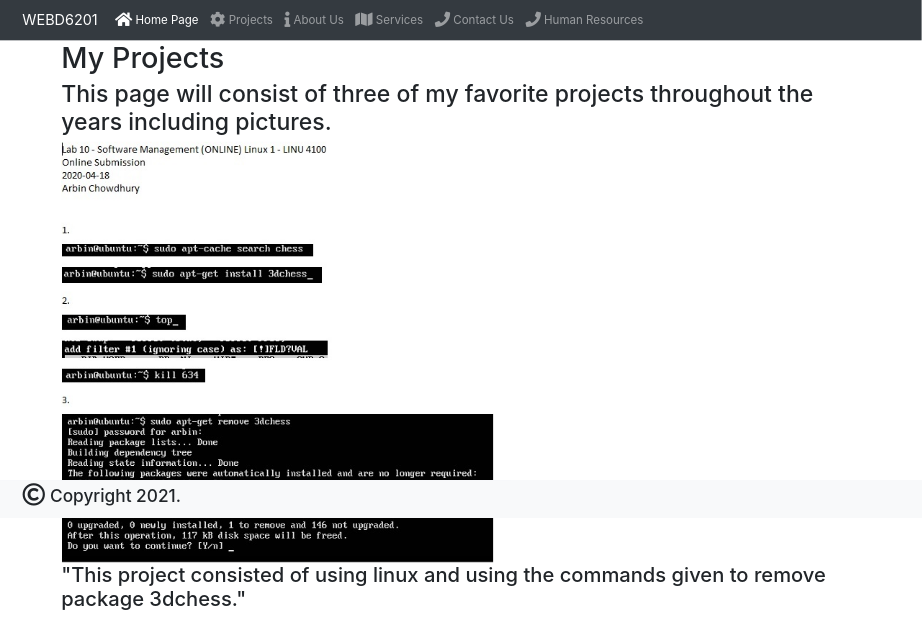
Repository: arbin6ix/ICE-2
Page: projects.html
These files come from the project's save history. The page is drawn as it stood at one moment and after the next save; the edit follows.
The browser window is 1280 px wide. The pictures show the whole page, at 72% of full size.

Above is the page before, as saved 2021-02-05 22:25:28.

### projects.html
<!DOCTYPE html>
<html lang="en">
<head>
    <meta charset="UTF-8">
    <meta name="viewport" content="width=device-width, initial-scale=1.0">
    <title>Projects</title>
    <!-- CSS Section -->
    <link rel="stylesheet" href="./node_modules/bootstrap/dist/css/bootstrap.min.css">
    <link rel="stylesheet" href="./node_modules/@fortawesome/fontawesome-free/css/all.min.css">
    <link rel="stylesheet" href="./Content/app.css">
</head>
<body>
    <!-- Main Header -->
    <header>
        <!-- Main Navigation -->
        <nav class="navbar navbar-expand-lg navbar-dark bg-dark">
          <div class="container-fluid">
            <a class="navbar-brand" href="projects.html">WEBD6201</a>
            <button class="navbar-toggler" type="button" data-bs-toggle="collapse" data-bs-target="#navbarSupportedContent" aria-controls="navbarSupportedContent" aria-expanded="false" aria-label="Toggle navigation">
              <span class="navbar-toggler-icon"></span>
            </button>
            <div class="collapse navbar-collapse" id="navbarSupportedContent";>
              <ul class="navbar-nav me-auto mb-2 mb-lg-0">
                <li class="nav-item">
                  <a class="nav-link active" aria-current="page" href="index.html"><i class="fas fa-home fa-lg"></i> Home Page</a>
                </li>

                <li class="nav-item">
                  <a class="nav-link" aria-current="page" href="projects.html"><i class="fas fa-cog fa-lg"></i> Projects</a>
                </li>

                <li class="nav-item">
                  <a class="nav-link" aria-current="page" href="about.html"><i class="fas fa-info fa-lg"></i> About Us</a>
                </li>

                <li class="nav-item">
                  <a class="nav-link" aria-current="page" href="services.html"><i class="fas fa-map fa-lg"></i> Services</a>
                </li>

                <li class="nav-item">
                  <a class="nav-link" aria-current="page" href="contact.html"><i class="fas fa-phone fa-lg"></i> Contact Us</a>
                </li>

                <li class="nav-item">
                  <a class="nav-link" aria-current="page" href="human-resources.html"><i class="fas fa-phone fa-lg"></i> Human Resources</a>
                </li>
              </ul>
            </div>
          </div>
        </nav>
  </header>

    <!-- Main Content -->
    <main class="container">
        <h1>My Projects</h1>
        <h2>This page will consist of three of my favorite projects throughout the years including pictures.</h2>
        <img src="images/project1.jpg">
        <h3>"This project consisted of using linux and using the commands given to remove package 3dchess."</h3>
    </main>

    <!-- Main Footer -->
    <footer>
        <nav class="navbar fixed-bottom navbar-light bg-light">
            <div class="container-fluid">
              <h4><i class="far fa-copyright fa-lg"></i> Copyright 2021.</h4>
            </div>
          </nav>
    </footer>

    <!-- Script Section-->
    <script src="./node_modules/jquery/dist/jquery.min.js"></script>
    <script src="./node_modules/bootstrap/dist/js/bootstrap.bundle.min.js"></script>
    <script src="./Scripts/app.js"></script>
</body>
</html>

### Scripts/app.js
/* custom JavaScript goes here */

//IIFE - Immediately Invoked Function Expression
//AKA - Anonymous Self-Executing Function
//Closure - limits scope leak

"use strict";
//Contact Class


(function()
{
    function displayHome()
    {
        let paragraphOneText =
          "This is a simple site to demonstrate DOM Manipulation for ICE 2";

        let paragraphOneElement = document.getElementById("paragraphOne");

        paragraphOneElement.textContent = paragraphOneText;
        paragraphOneElement.className = "fs-5";

        // Step 1. document.createElement
        let newParagraph = document.createElement("p");
        // Step 2. configure the element
        newParagraph.setAttribute("id", "paragraphTwo");
        newParagraph.textContent = "...And this is paragraph two";
        // Step 3. select the parent element
        let mainContent = document.getElementsByTagName("main")[0];
        // Step 4. Add / Insert the element
        mainContent.appendChild(newParagraph);

        newParagraph.className = "fs-6";

        // another way of injecting content
        let paragraphDiv = document.createElement("div");
        let paragraphThree = `<p id="paragraphThree" class="fs-7 fw-bold">And this is the Third Paragraph</p>`;
        paragraphDiv.innerHTML = paragraphThree;

        // insertions

        // example of inserting before a node
        //newParagraph.before(paragraphDiv);

        // example of inserting after a node
        newParagraph.after(paragraphDiv);

        // deletions

        // example of removing a single element
        //paragraphOneElement.remove();

        // example of removeChild
        mainContent.removeChild(paragraphOneElement);

        // update / modification
        //mainContent.firstElementChild.textContent = "Welcome Home!";

        mainContent.innerHTML = `<h1 id="firstHeading">Welcome to WEBD6201 - Lab 1</h1>
         <p id="paragraphOne" class="fs-3 fw-bold">This is my first Paragraph</p>
        `;

    }

    function displayAbout()
    {

    }

    function displayProjects()
    {

    }

    function displayServices()
    {

    }

    function displayContact()
    {
        let messageArea = document.getElementById("messageArea");
        messageArea.hidden = true;

        // form validation
        let fullName = document.getElementById("fullName");
        fullName.addEventListener("blur", function() {
            if(fullName.value.length < 2)
            {
                fullName.focus();
                fullName.select();
                messageArea.hidden = false;
                messageArea.className = "alert alert-danger";
                messageArea.textContent = "Please enter an appropriate Name";
            }
            else
            {
                messageArea.removeAttribute("class");
                messageArea.hidden = true;
            }
        });

        let sendButton = document.getElementById("sendButton");
        sendButton.addEventListener("click", function(event){
            //event.preventDefault();


            let contact = new Contact(fullName.value, contactNumber.value, emailAddress.value);
              localStorage.setItem((localStorage.length + 1).toString(), contact.serialize());







        });
    }

    function displayContactList()
    {
      if (localStorage.length > 0)
      {
        let contactList = document.getElementById("contactList");

        let data = "";

        for (let index = 0; index < localStorage.length; index++)
        {
          let contactData = localStorage.getItem((index + 1).toString());

          let contact = new Contact();
          contact.deserialize(contactData);

          data += `<tr>
          <th scope="row">${index + 1}</th>
          <td>${contact.FullName}</td>
          <td>${contact.ContactNumber}</td>
          <td>${contact.EmailAddress}</td>
        </tr>`;
        }

        contactList.innerHTML = data;
      }
    }



    function Start()
    {
        console.log("App Started...");

        switch (document.title)
        {
          case "Home":
              displayHome();
            break;
          case "About":
              displayAbout();
            break;
          case "Projects":
              displayProjects();
            break;
          case "Services":
              displayServices();
            break;
          case "Contact":
              displayContact();
            break;
          case "Contact-List":
            displayContactList();
          break;
        }

    }

    window.addEventListener("load", Start);

})();

Loaded but not shown: node_modules/bootstrap/dist/css/bootstrap.min.css (library); node_modules/@fortawesome/fontawesome-free/css/all.min.css (library); Content/app.css (common file); node_modules/jquery/dist/jquery.min.js (library); node_modules/bootstrap/dist/js/bootstrap.bundle.min.js (library)

After the next save:
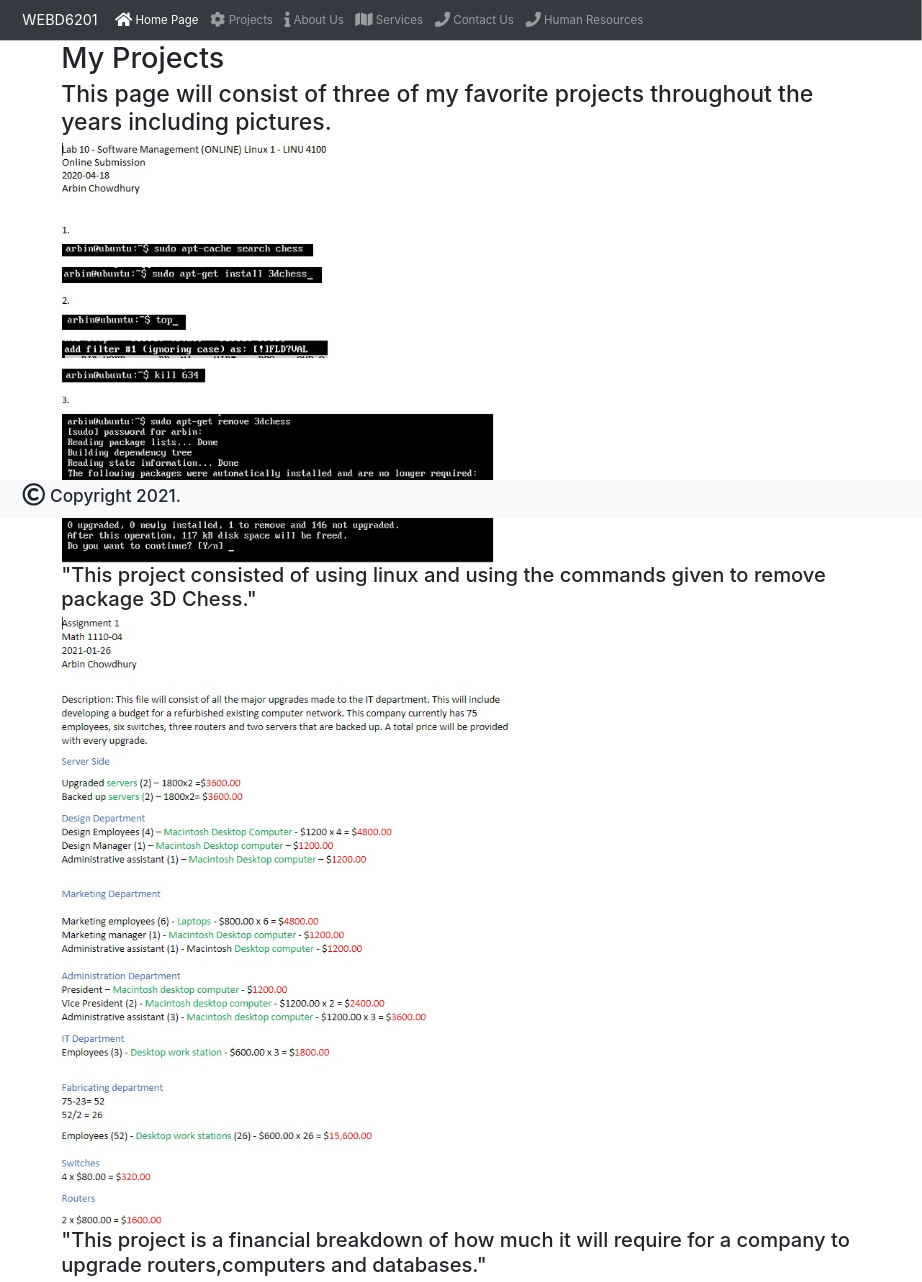
Saved 2 min 6 s later.
--- a/projects.html
+++ b/projects.html
@@ -55,7 +55,9 @@
         <h1>My Projects</h1>
         <h2>This page will consist of three of my favorite projects throughout the years including pictures.</h2>
         <img src="images/project1.jpg">
-        <h3>"This project consisted of using linux and using the commands given to remove package 3dchess."</h3>
+        <h3>"This project consisted of using linux and using the commands given to remove package 3D Chess."</h3>
+        <img src="images/Project2.jpg">
+        <h3>"This project is a financial breakdown of how much it will require for a company to upgrade routers,computers and databases."</h3>
     </main>
 
     <!-- Main Footer -->
